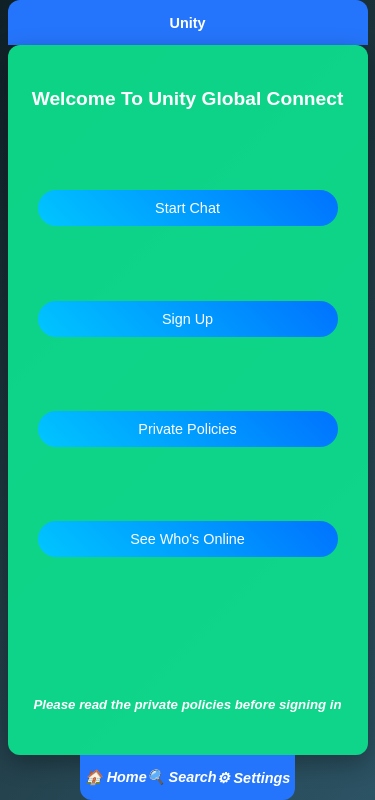
Repository: Amani-Kibet/express-app-web
Page: pages/home.html
An editor plug-in stored every save of this project. The page is shown before and after the next save, followed by the edit.
The browser window is 375 px wide. The pictures show the whole page.

Above is the page before, as saved 2025-09-30 12:00:24.

After the next save:
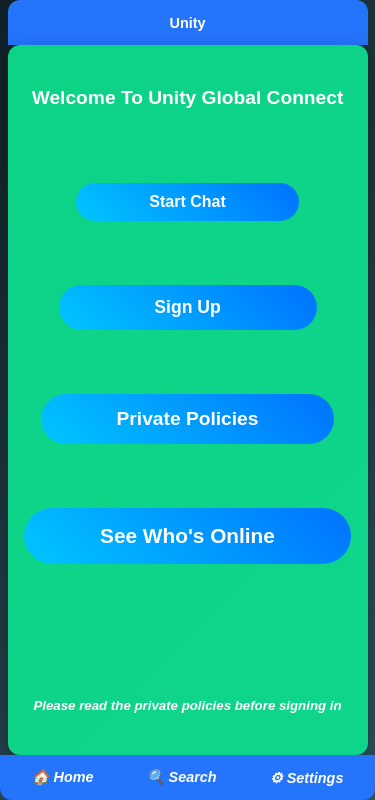
Saved 2 min 55 s later.
--- a/pages/home.html
+++ b/pages/home.html
@@ -24,7 +24,7 @@
       min-height: 100vh;
       display: flex;
       flex-direction: column;
-      justify-content: space-between; /* distribute top-bar, board, bottom-bar */
+      justify-content: space-between; /* top-bar, board, bottom-bar */
       align-items: center;
       background: linear-gradient(135deg,#0f2027,#203a43,#2c5364);
       color: #fff;
@@ -48,8 +48,7 @@
   }
 
   .bottom-bar {
-      width: 100%;
-      max-width: 95vw;
+      width: 100vw; /* fill entire device width */
       height: 55px;
       background: #2575fc;
       color: white;
@@ -77,17 +76,17 @@
   #board {
       width: 100%;
       max-width: 600px;
-      flex: 1 1 auto; /* allow board to grow/shrink */
+      flex: 1 1 auto;
       display: flex;
       flex-direction: column;
-      justify-content: space-around; /* distribute heading & buttons evenly */
+      justify-content: space-around;
       align-items: center;
       padding: 2rem 1rem;
       margin: 0;
       box-shadow: 0 8px 25px rgba(0,0,0,0.3);
       background: rgba(13, 221, 141, 0.95);
       border-radius: 12px;
-      overflow-y: auto; /* scroll if needed */
+      overflow-y: auto;
       animation: fadein 1s ease-in-out;
   }
 
@@ -98,27 +97,30 @@
       animation: fadeInDown 1.2s ease;
   }
 
-  /* Buttons */
+  /* Pyramid Buttons */
   .btn {
-      width: 80%;
-      max-width: 300px;
-      padding: 12px 25px;
-      margin: 10px 0;
       border: none;
       border-radius: 30px;
       background: linear-gradient(45deg,#00c6ff,#0072ff);
       color: white;
       cursor: pointer;
-      font-size: clamp(0.95rem, 3vw, 1.2rem);
+      margin: 8px 0;
       transition: transform 0.2s ease, box-shadow 0.2s ease;
-  }
+      font-weight: bold;
+  }
+
+  /* Pyramid scaling: top smallest, middle bigger, bottom biggest */
+  #openLogin { width: 60%; padding: 10px; font-size: 1rem; }
+  #openSignup { width: 70%; padding: 12px; font-size: 1.1rem; }
+  #openPolicy { width: 80%; padding: 14px; font-size: 1.2rem; }
+  #openOnline { width: 90%; padding: 16px; font-size: 1.3rem; }
 
   .btn:hover {
       transform: scale(1.08);
       box-shadow: 0 0 15px rgba(0,114,255,0.6);
   }
 
-  /* Modals */
+  /* ================= Modals ================= */
   .modal {
       display: none;
       position: fixed;
@@ -177,13 +179,11 @@
       to { opacity: 1; transform: translateY(0); }
   }
 
-  /* ================= Responsive for smaller screens ================= */
+  /* ================= Responsive ================= */
   @media (max-width: 768px) {
-      #board {
-          padding: 1.5rem 1rem;
-      }
+      #board { padding: 1.5rem 1rem; }
       #board h1 { font-size: clamp(1.4rem, 5vw, 2.2rem); }
-      .btn { font-size: clamp(0.9rem, 3vw, 1.1rem); }
+      .btn { margin: 6px 0; }
   }
 
   @media (max-width: 480px) {
@@ -191,20 +191,14 @@
           padding: 1rem 0.5rem;
           justify-content: space-around;
       }
-      #board h1 {
-          font-size: clamp(1.2rem, 4.5vw, 2rem);
-      }
-      .btn {
-          width: 90%;
-          font-size: clamp(0.9rem, 3vw, 1.05rem);
-          padding: 10px 20px;
-      }
-      .top-bar, .bottom-bar {
-          font-size: 0.9rem;
-          height: 45px;
-          padding: 0 5px;
-      }
-  }
+      #board h1 { font-size: clamp(1.2rem, 4.5vw, 2rem); }
+      #openLogin { width: 65%; padding: 10px; font-size: 1rem; }
+      #openSignup { width: 75%; padding: 12px; font-size: 1.1rem; }
+      #openPolicy { width: 85%; padding: 14px; font-size: 1.2rem; }
+      #openOnline { width: 95%; padding: 16px; font-size: 1.3rem; }
+      .top-bar, .bottom-bar { font-size: 0.9rem; height: 45px; padding: 0 5px; }
+  }
+
 
 </style>
 </head>
